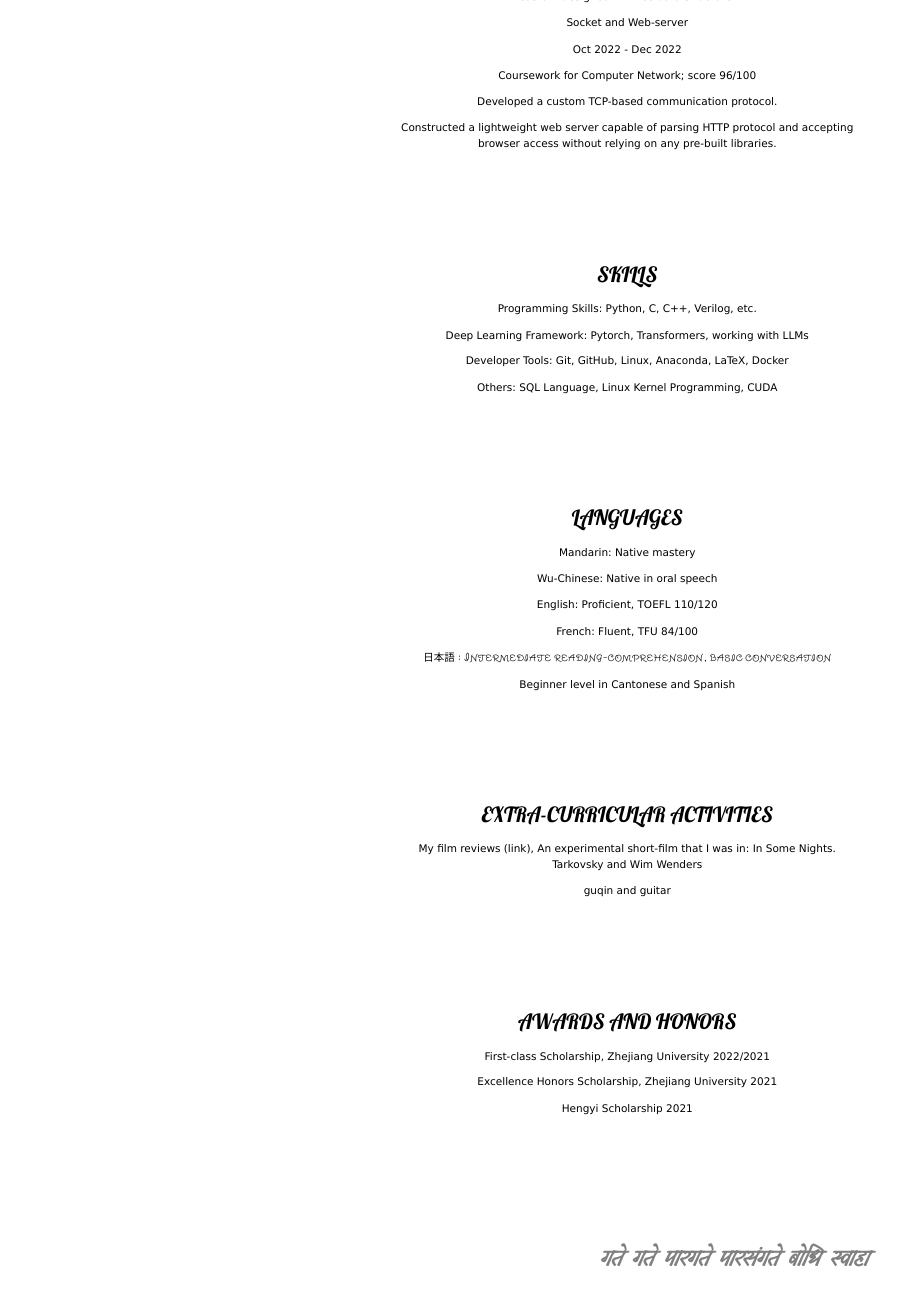
Repository: Ej-zhou/ej-zhou.github.io
Page: index.html
An editor plug-in stored every save of this project. The page is shown before and after a run of saves, followed by the edit.
The browser window is 1280 px wide. The page is 1304 px wide, so the pictures cover 1304 px, including what lies to the right of the window. The pictures show the part of the page from y = 4151 to 6031 px (the page is 6277 px tall), at 70% of full size.
Some web fonts or font styles are not loaded; a fallback is used.

Above is the page before, as saved 2023-08-12 15:24:50.

### index.html
<!DOCTYPE html>

<html>
<head>
<title>
     Zhou, Ej
    </title>
<meta charset="utf-8"/>
<meta content="width=device-width, initial-scale=1" name="viewport"/>
<link href="https://www.w3schools.com/w3css/4/w3.css" rel="stylesheet"/>
<link href="https://fonts.googleapis.com/css?family=Lobster" rel="stylesheet"/>
<link href="https://cdnjs.cloudflare.com/ajax/libs/font-awesome/4.7.0/css/font-awesome.min.css" rel="stylesheet"/>
<link href="https://fonts.googleapis.com/css2?family=Noto+Sans+SC&amp;display=swap" rel="stylesheet"/>
<style>
     /* body, h1, h2, h3, h4, h5, h6 {font-family: "Lobster", sans-serif} */
     h1, h2, h3, h4, h5, h6 {font-family: "Lobster", sans-serif}
     .w3-row-padding img {margin-bottom: 12px}
     /* .bgimg {
       background-position: center;
       background-repeat: no-repeat;
       background-size: cover;
       background-image: url('https://www.w3schools.com/w3images/profile_girl.jpg');
       min-height: 100%;
     } */
    @font-face {
      font-family: 'YanShiFoXiTi';
      src: url('fonts/YanShiFoXiTi/Slidefu-Regular-2.ttf'); /* Change the extension to match your file */
    }

    @font-face {
    font-family: 'Aakar Regular';
    src: url('fonts/Aakar Regular/Aakar Regular.ttf') format('truetype'); /* Update the path if needed */
    }

    @font-face {
        font-family: 'vesper_libre';
        src: url("fonts/Vesper_Libre/VesperLibre-Bold.ttf");
    }

    @font-face {
        font-family: 'kalam';
        src: url("fonts/Kalam/Kalam-Bold.ttf");
    }


    @font-face {
        font-family: 'Kurale';
        src: url("fonts/Kurale/Kurale-Regular.ttf");
    }

    @font-face {
        font-family: "Tillana";
        src: url("fonts/Tillana/Tillana-Regular.ttf");
    }


    @font-face {
        font-family: "hentaigana";
        src: url("fonts/Yuji_Hentaigana_Akebono/YujiHentaiganaAkebono-Regular.ttf");
    }

     .chinese {
      font-family: 'YanShiFoXiTi', sans-serif;
    }

    .japanese {
        font-family: 'hentaigana';
    }

    .sanskrit {
        font-family: 'Tillana';
        font-size: 33px; /* Set the font size to your desired value */
        font-style: italic;
        font-weight: bold; /* Make the text bold */
        text-align: right; /* Center align the text */
        display: block; /* Make the span a block element to occupy the full width */
        margin: 10px 0; /* Add some margin to separate it from other elements */
        color: gray; /*Set the color to your preference*/
    }
  /* Other CSS rules */

    /* Style for the sidebar container */
    .sidebar {
    width: 600px; /* Same as the desired image width */
    position: fixed; /* Fixed position */
    top: 0; /* Align with the top of the viewport */
    height: 100%; /* Full height */
    overflow: auto; /* Enable scrolling inside the sidebar */
    display: flex; /* Enable flexbox for centering */
    align-items: center; /* Center vertically */
    justify-content: center; /* Center horizontally */
    }

    /* Style for the image container */
    .image-container {
    width: 100%; /* Take up full width of the sidebar */
    text-align: left; /* Center the image horizontally */
    }



    .question-mark {
      cursor: pointer;
      font-weight: bold;
      color: gray; /* Change the color as needed */
      font-size: 40%; /* Adjust the font size to make it smaller */
      vertical-align: top; /* Display the question mark as a superscript */
    }

    .tooltip {
    display: none;
    position: absolute;
    background-color: #f9f9f9;
    padding: 5px;
    border: 1px solid #ccc;
    border-radius: 4px;
    box-shadow: 2px 2px 5px rgba(0, 0, 0, 0.1);
    font-size: 20%; /* Set to the desired font size */
    font-weight: normal; /* Set the font weight to normal */
    font-style: normal; /* Set the font style to normal */
    font-family: "Times New Roman", serif /* Set the desired font family */
    }


</style>
</head>
<!-- <body><div class="sidebar"><div class="image-container"><img alt="here should be a photo" height="400" src="pics/IMG_2185.JPG" width="600"/></div></div> -->
<body><div class="sidebar"><div class="image-container"><img alt="here should be a photo"  src="pics/photo.jpeg" width="550"/></div></div>
<!-- Sidebar with image -->
<!-- <nav class="w3-sidebar w3-hide-medium w3-hide-small" style="width:40%"> -->
<!-- <div class="bgimg"> -->
<!-- </div> -->
<!-- </nav> -->
<!-- Hidden Sidebar (reveals when clicked on menu icon)-->
<!-- <nav class="w3-sidebar w3-black w3-animate-right w3-xxlarge" id="mySidebar" style="display:none;padding-top:150px;right:0;z-index:2">
   <a class="w3-button w3-black w3-xxxlarge w3-display-topright" href="javascript:void(0)" onclick="closeNav()" style="padding:0 12px;">
    <i class="fa fa-remove">
    </i>
   </a>
   <div class="w3-bar-block w3-center">
    <a class="w3-bar-item w3-button w3-text-grey w3-hover-black" href="#" onclick="closeNav()">
     Home
    </a>
    <a class="w3-bar-item w3-button w3-text-grey w3-hover-black" href="#portfolio" onclick="closeNav()">
     Portfolio
    </a>
    <a class="w3-bar-item w3-button w3-text-grey w3-hover-black" href="#about" onclick="closeNav()">
     About
    </a>
    <a class="w3-bar-item w3-button w3-text-grey w3-hover-black" href="#contact" onclick="closeNav()">
     Contact
    </a>
   </div>
  </nav> -->

<!-- Page Content -->
<div class="w3-main w3-padding-large" style="margin-left:40%">
<!-- Menu icon to open sidebar -->
<span class="w3-button w3-top w3-white w3-xxlarge w3-text-grey w3-hover-text-black" onclick="openNav()" style="width:auto;right:0;">
<i class="fa fa-bars">
</i>
</span>
<!-- Header -->
<header class="w3-container w3-center" id="home" style="padding:128px 16px">

<h1 class="w3-jumbo">
    <b> <span class="chinese">周逸杰</span>           </b>
</h1>



<h1 class="w3-jumbo">
<b>
        ZHOU, EJ
      </b>
      <span class="question-mark">?</span>
      <span class="tooltip">
        My given name is <i>Yijie</i>, and my family name <i>Zhou</i>. <i>Ej</i> is my preferred name, and <b>we</b> put our family name in the front.
      </span>




</h1>
<p>
     Where shall I begin...
    </p>
<!-- <img class="w3-image w3-hide-large w3-hide-small w3-round" src="https://www.w3schools.com/w3images/profile_girl.jpg" style="display:block;width:60%;margin:auto;"/> -->
<!-- <img class="w3-image w3-hide-large w3-hide-medium w3-round" height="1333" src="https://www.w3schools.com/w3images/profile_girl.jpg" width="1000">
<button class="w3-button w3-light-grey w3-padding-large w3-margin-top">
<i class="fa fa-download">
</i>
      CV
    </button>
</img></header> -->
<!-- Portfolio Section -->
<!-- <div class="w3-padding-32 w3-content" id="portfolio">
    <h2 class="w3-text-grey">
     My Portfolio
    </h2>
    <hr class="w3-opacity"/> -->
<!-- Grid for photos -->
<!-- <div class="w3-row-padding" style="margin:0 -16px"> -->
<!-- <div class="w3-half">
      <img src="https://www.w3schools.com/w3images/wedding.jpg" style="width:100%"/>
      <img src="https://www.w3schools.com/w3images/rocks.jpg" style="width:100%"/>
      <img src="https://www.w3schools.com/w3images/sailboat.jpg" style="width:100%"/>
     </div>
     <div class="w3-half">
      <img src="https://www.w3schools.com/w3images/underwater.jpg" style="width:100%"/>
      <img src="https://www.w3schools.com/w3images/chef.jpg" style="width:100%"/>
      <img src="https://www.w3schools.com/w3images/wedding.jpg" style="width:100%"/>
      <img src="https://www.w3schools.com/w3images/p6.jpg" style="width:100%"/>
     </div> -->
<!-- End photo grid -->
<!-- </div> -->
<!-- End Portfolio Section -->
<!-- </div> -->
<!-- About Section -->
<div class="w3-content w3-justify w3-text-grey w3-padding-32" id="about">
<h2>
     About
    </h2>
<hr class="w3-opacity"/>
<p>
    I am an undergraduate student in Zhejiang Unviersity. I am interested in NLP and AI. I am currently working on a project about building a corpus for cross-lingual summarization. I am also interested in the intersection of NLP and other fields, such as psychology and philosophy. I am also interested in the application of NLP in the field of education. I am currently working on a project about building a corpus for cross-lingual summarization. I am also interested in the intersection of NLP and other fields, such as psychology and philosophy. I am also interested in the application of NLP in the field of education. I am currently working on a project about building a corpus for cross-lingual summarization. I am also interested in the intersection of NLP and other fields, such as psychology and philosophy. I am also interested in the application of NLP in the field of education.
    </p>
<h3 class="w3-padding-16">
<!-- My Skills
    </h3>
    <p class="w3-wide">
     Photography
    </p>
    <div class="w3-light-grey">
     <div class="w3-container w3-center w3-padding-small w3-dark-grey" style="width:95%">
      95%
     </div>
    </div>
    <p class="w3-wide">
     Web Design
    </p>
    <div class="w3-light-grey">
     <div class="w3-container w3-center w3-padding-small w3-dark-grey" style="width:85%">
      85%
     </div>
    </div>
    <p class="w3-wide">
     Photoshop
    </p>
    <div class="w3-light-grey">
     <div class="w3-container w3-center w3-padding-small w3-dark-grey" style="width:80%">
      80%
     </div>
    </div>
    <br/>
    <div class="w3-row w3-center w3-dark-grey w3-padding-16 w3-section">
     <div class="w3-quarter w3-section">
      <span class="w3-xlarge">
       14+
      </span> -->
<!-- <br/>
      Partners
     </div>
     <div class="w3-quarter w3-section">
      <span class="w3-xlarge">
       55+
      </span>
      <br/>
      Projects Done
     </div>
     <div class="w3-quarter w3-section">
      <span class="w3-xlarge">
       89+
      </span>
      <br/>
      Happy Clients
     </div>
     <div class="w3-quarter w3-section">
      <span class="w3-xlarge">
       150+
      </span>
      <br/>
      Meetings
     </div>
    </div>
    <button class="w3-button w3-light-grey w3-padding-large w3-section">
     <i class="fa fa-download">
     </i>
     Download Resume -->
<!-- </button> -->
<!-- Testimonials -->
<!-- <h3 class="w3-padding-24">
     My Reputation
    </h3>
    <img alt="Avatar" class="w3-left w3-circle w3-margin-right" src="https://www.w3schools.com/w3images/avatar_smoke.jpg" style="width:80px"/>
    <p>
     <span class="w3-large w3-text-black w3-margin-right">
      Chandler Bing.
     </span>
     Web Designer.
    </p>
    <p>
     Jane Doe is just awesome. I am so happy to have met her!
    </p>
    <br/>
    <img alt="Avatar" class="w3-left w3-circle w3-margin-right" src="https://www.w3schools.com/w3images/bandmember.jpg" style="width:80px"/>
    <p>
     <span class="w3-large w3-text-black w3-margin-right">
      Chris Fox.
     </span>
     CEO at Mighty Schools.
    </p>
    <p>
     Jane Doe saved us from a web disaster.
    </p>
    <br/>
    <img alt="Avatar" class="w3-left w3-circle w3-margin-right" src="https://www.w3schools.com/w3images/avatar_g2.jpg" style="width:80px"/>
    <p>
     <span class="w3-large w3-text-black w3-margin-right">
      Rebecca Flex.
     </span>
     CEO at Company.
    </p>
    <p>
     No one is better than Jane Doe.
    </p>
    <br/> -->
<!-- Grid for pricing tables -->
<!-- End About Section -->
<!-- </div> -->
<!--
  <script>
   // Open and close sidebar
function openNav() {
  document.getElementById("mySidebar").style.width = "60%";
  document.getElementById("mySidebar").style.display = "block";
}

function closeNav() {
  document.getElementById("mySidebar").style.display = "none";
}
  </script>
  <div class="w3-container w3-padding-64 w3-center"> -->

<br><br><br><br>
<!-- <h1 class="w3-jumbo">
    <b> <span class="chinese">若以色见我，以音声求我，是人行邪道，不能见如来。</span>           </b>
</h1> -->

<!-- <h1 class="w3-jumbo">
    <b> <span class="chinese">凡所有相，皆是虚妄。<br> 若见诸相非相，即见如来。</span>           </b>
</h1> -->

<h1 class="w3-jumbo">
    <b> <span class="chinese">远离颠倒梦想，究竟涅槃。</span>           </b>
</h1>

<!--
<h1 class="w3-jumbo">
    <b> <span class="chinese">无苦、集、灭、道，无智亦无得</span>           </b>
</h1>  -->


<p>
</p>
</h3></div>
<div class="w3-container w3-padding-64 w3-center">
<h2>
    EDUCATION BACKGROUND
   </h2>
   <hr class="w3-opacity"/>
<p>
    College of Computer Science and Technology Hangzhou, China &amp; CKC Honors College, Zhejiang University
   </p>
<p>
    Sept 2020 - Jun 2024(Expected)
   </p>
<p>
    Bachelor of Science in Computer Science
   </p>
<p>
    Overall GPA: 3.99/4.0; 91.19/100 Major GPA: 4.0/4.0
   </p>
<p>
    GRE: 330 + AW4.0
   </p>
<p>
    WestLake NLP Lab, Westlake University Hangzhou, China
   </p>
<p>
    Research Internship &amp; Visiting Student Sept 2022 - Jan 2023
   </p>
<p>
    College of Engineering, Cornell University Ithaca, NY
   </p>
<p>
    Exchange Student Jan 2023 - May 2023
   </p>
s   <p>
    Courses include: Computational Linguistics, Language and Information, Historical Linguistics
   </p>
</div>



<div class="w3-container w3-padding-64 w3-center">
<h2>
    EXPERIENCE
   </h2>
<p>
    Hangzhou City Brain
   </p>
<p>
    Sept 2022 - Aug 2022
   </p>
<p>
    Internship Hangzhou, China
   </p>
<p>
    Assisted in the maintenance of the Integrated Resources System working on database systems.
   </p>
<p>
    Westlake University
   </p>
<p>
    Sept 2022 - Feb 2023
   </p>
<p>
    Project: Building ConvSumX, an XLS corpus
   </p>
<p>
    Hangzhou, China
   </p>
<p>
    Research Intern in WestLake NLP Lab Advisor: Yue Zhang
   </p>
<p>
    Spearheaded the Corpus-Annotation and Corpus-Evaluation team in the creation of the corpus.
   </p>
<p>
    Conducted experiments by fine-tuning mBART model using various corpora on NVIDIA A100 GPUs.
   </p>
<p>
    Delivered comprehensive analysis of both existing XLS corpora and experimental outcomes
   </p>
<p>
    Paper Writing
   </p>
<p>
    Cornell University
   </p>
<p>
    Feb 2023 - Apr 2023
   </p>
<p>
    Project: Persuasive Chatbot
   </p>
<p>
    Ithaca, NY
   </p>
<p>
    Developed an automated chatbot capable of detecting factual inaccuracies during conversations, and providing accurate information supported by evidence
   </p>
</div>



<div class="w3-container w3-padding-64 w3-center">
<h2>
    PUBLICATION
   </h2>
<p>
    [1] Yulong Chen, Huajian Zhang, Yijie Zhou, Xuefeng Bai, Yueguan Wang, Ming Zhong, Jianhao Yan, Yafu Li, Judy Li, Michael Zhu and Yue Zhang:
   </p>
<p>
    Revisiting Cross-Lingual Summarization: A Corpus-based Study and A New Benchmark with Improvement Annotation, submitted to ACL 2023
   </p>
</div>
<div class="w3-container w3-padding-64 w3-center">
<h2>
    AWARDS AND COMPETITIONS
   </h2>
<p>
    Zhejiang Lab Cup Global AI Competition, Third Prize
   </p>
<p>
    Oct 2021
   </p>
<p>
    Hangzhou, China
   </p>
<p>
    Zhejiang University Programming Contest, Third Prize
   </p>
<p>
    Oct 2021
   </p>
<p>
    Hangzhou, China
   </p>
</div>
<div class="w3-container w3-padding-64 w3-center">
<h2>
    SELECTED COURSE-WORKS
   </h2>
<p>
    Parallel Computing and Neural Networks
   </p>
<p>
    Jul 2021 - Aug 2021
   </p>
<p>
    Coursework for Integrate Practice for Courses I: Supercomputing; score 97/100
   </p>
<p>
    Enhanced GEMM performance by over 100x using OpenMP and MPI on a computing cluster.
   </p>
<p>
    Developed a CNN from scratch using PyTorch for handwriting recognition and object recognition.
   </p>
<p>
    Mini-SQL GitHub
   </p>
<p>
    May 2022 - Jun 2022
   </p>
<p>
    Coursework for Database System; score 98/100
   </p>
<p>
    Developed a compact single-user SQL engine (DBMS) supporting fundamental database operations and implemented an index-manager for record handling using a custom-designed B+-tree data structure.
   </p>
<p>
    Socket and Web-server
   </p>
<p>
    Oct 2022 - Dec 2022
   </p>
<p>
    Coursework for Computer Network; score 96/100
   </p>
<p>
    Developed a custom TCP-based communication protocol.
   </p>
<p>
    Constructed a lightweight web server capable of parsing HTTP protocol and accepting browser access without relying on any pre-built libraries.
   </p>
</div>
<div class="w3-container w3-padding-64 w3-center">
<h2>
    SKILLS
   </h2>
<p>
    Programming Skills: Python, C, C++, Verilog, etc.
   </p>
<p>
    Deep Learning Framework: Pytorch, Transformers, working with LLMs
   </p>
<p>
    Developer Tools: Git, GitHub, Linux, Anaconda, LaTeX, Docker
   </p>
<p>
    Others: SQL Language, Linux Kernel Programming, CUDA
   </p>
</div>
<div class="w3-container w3-padding-64 w3-center">
<h2>
    LANGUAGES
   </h2>
<p>
    Mandarin: Native mastery
   </p>
<p>
    Wu-Chinese: Native in oral speech
   </p>
<p>
    English: Proficient, TOEFL 110/120
   </p>
<p>
    French: Fluent, TFU 84/100
   </p>
<p>
    <span class="japanese"> 日本語 </japanese>: Intermediate reading-comprehension, basic conversation
   </p>
<p>
    Beginner level in Cantonese and Spanish
   </p>
</div>
<div class="w3-container w3-padding-64 w3-center">
<h2>
    EXTRA-CURRICULAR ACTIVITIES
   </h2>
<p>
    My film reviews (link), An experimental short-film that I was in: In Some Nights. Tarkovsky and Wim Wenders
   </p>
<p>
    guqin and guitar
   </p>
</div>
<div class="w3-container w3-padding-64 w3-center">
<h2>
    AWARDS AND HONORS
   </h2>
<p>
    First-class Scholarship, Zhejiang University 2022/2021
   </p>
<p>
    Excellence Honors Scholarship, Zhejiang University 2021
   </p>
<p>
    Hengyi Scholarship 2021
   </p>
</div>

<!-- Contact Section -->


<!-- <div class="w3-padding-32 w3-content w3-text-grey" id="contact" style="margin-bottom:64px">
<h2>
       Contact Me
      </h2>
<hr class="w3-opacity"/>
<div class="w3-section">
<p>
<i class="fa fa-map-marker fa-fw w3-xxlarge w3-margin-right">
</i>
        New Haven, CT
       </p>
<p>
<i class="fa fa-phone fa-fw w3-xxlarge w3-margin-right">
</i>
        Phone: +1 (607) 327-2411 / +86 188-0671-8188
       </p>
<p>
<i class="fa fa-envelope fa-fw w3-xxlarge w3-margin-right">
</i>
        Email: e.j.zhou@zju.edu.cn / yz2876@cornell.edu
       </p> -->
<br><br><br><br>
<b> <span class="sanskrit">गते गते पारगते पारसंगते बोधि स्वाहा</span>           </b>


</div>
<!-- Image of location/map -->
<!-- <img class="w3-image w3-greyscale" src="https://www.w3schools.com/w3images/map.jpg" style="width:100%;margin:32px 0"/> -->
<!-- <p>
       Lets get in touch. Send me a message:
      </p> -->
<!-- <form action="/action_page.php" target="_blank"> -->
<!-- <p>
<input class="w3-input w3-padding-16 w3-border" name="Name" placeholder="Name" required="" type="text"/>
</p>
<p>
<input class="w3-input w3-padding-16 w3-border" name="Email" placeholder="Email" required="" type="text"/>
</p>
<p>
<input class="w3-input w3-padding-16 w3-border" name="Subject" placeholder="Subject" required="" type="text"/>
</p>
<p>
<input class="w3-input w3-padding-16 w3-border" name="Message" placeholder="Message" required="" type="text"/>
</p>
<p>
<button class="w3-button w3-light-grey w3-padding-large" type="submit">
<i class="fa fa-paper-plane">
</i>
         SEND MESSAGE
        </button>
</p> -->
<!-- </form> -->
<!-- End Contact Section -->


</div>



<!-- Footer. This section contains an ad for W3Schools Spaces. You can leave it to support us. -->

<footer class="w3-container w3-padding-64 w3-light-grey w3-center w3-opacity w3-xlarge" style="margin:-24px">
    <!-- <a href="https://www.facebook.com/yourusername" target="_blank"><i class="fa fa-facebook-official w3-hover-opacity"></i></a> -->
    <!-- <a href="https://www.instagram.com/yourusername" target="_blank"><i class="fa fa-instagram w3-hover-opacity"></i></a> -->
    <!-- <a href="https://www.snapchat.com/yourusername" target="_blank"><i class="fa fa-snapchat w3-hover-opacity"></i></a> -->
    <!-- <a href="https://www.pinterest.com/yourusername" target="_blank"><i class="fa fa-pinterest-p w3-hover-opacity"></i></a> -->
    <a href="https://twitter.com/ej_2876" target="_blank"><i class="fa fa-twitter w3-hover-opacity"></i></a>
    <a href="https://github.com/cyber-e-j" target="_blank"><i class="fa fa-github w3-hover-opacity"></i></a> <!-- GitHub Link -->
    <a href="https://www.linkedin.com/in/ej-zhou-1600a7264/" target="_blank"><i class="fa fa-linkedin w3-hover-opacity"></i></a>
    <!-- <a href="https://scholar.google.com/citations?authuser=1&user=e8yGb7IAAAAJ" target="_blank"><i class="fa-brands fa-google"></i></a> Google Scholar Link -->
    <a href="https://scholar.google.com/citations?authuser=1&user=e8yGb7IAAAAJ" target="_blank"><img width="24" height="24" src="https://img.icons8.com/material-two-tone/384/google-scholar.png" alt="google-scholar" class="w3-hover-opacity" /></a> <!-- Google Scholar Link -->

    <!-- Additional content -->
    <p class="w3-small">
      <!-- This website was made with W3schools Spaces. Make your own free website today! -->
    </p>
    <!-- <a class="w3-button w3-round-xxlarge w3-small w3-dark-grey" href="https://www.w3schools.com/spaces" target="_blank">
       Start now
      </a> -->
    <!-- End footer -->
  </footer>

</div>



<script>
    const questionMark = document.querySelector('.question-mark');
    const tooltip = document.querySelector('.tooltip');

    questionMark.addEventListener('mouseover', () => {
      tooltip.style.display = 'inline-block';
    });

    questionMark.addEventListener('mouseout', () => {
      tooltip.style.display = 'none';
    });

    // Optional: If you want to hide the tooltip when the mouse moves away from it, add the following code
    tooltip.addEventListener('mouseout', () => {
      tooltip.style.display = 'none';
    });
  </script>


</body>

  <!-- END PAGE CONTENT -->
  </html>

After the next 3 saves:
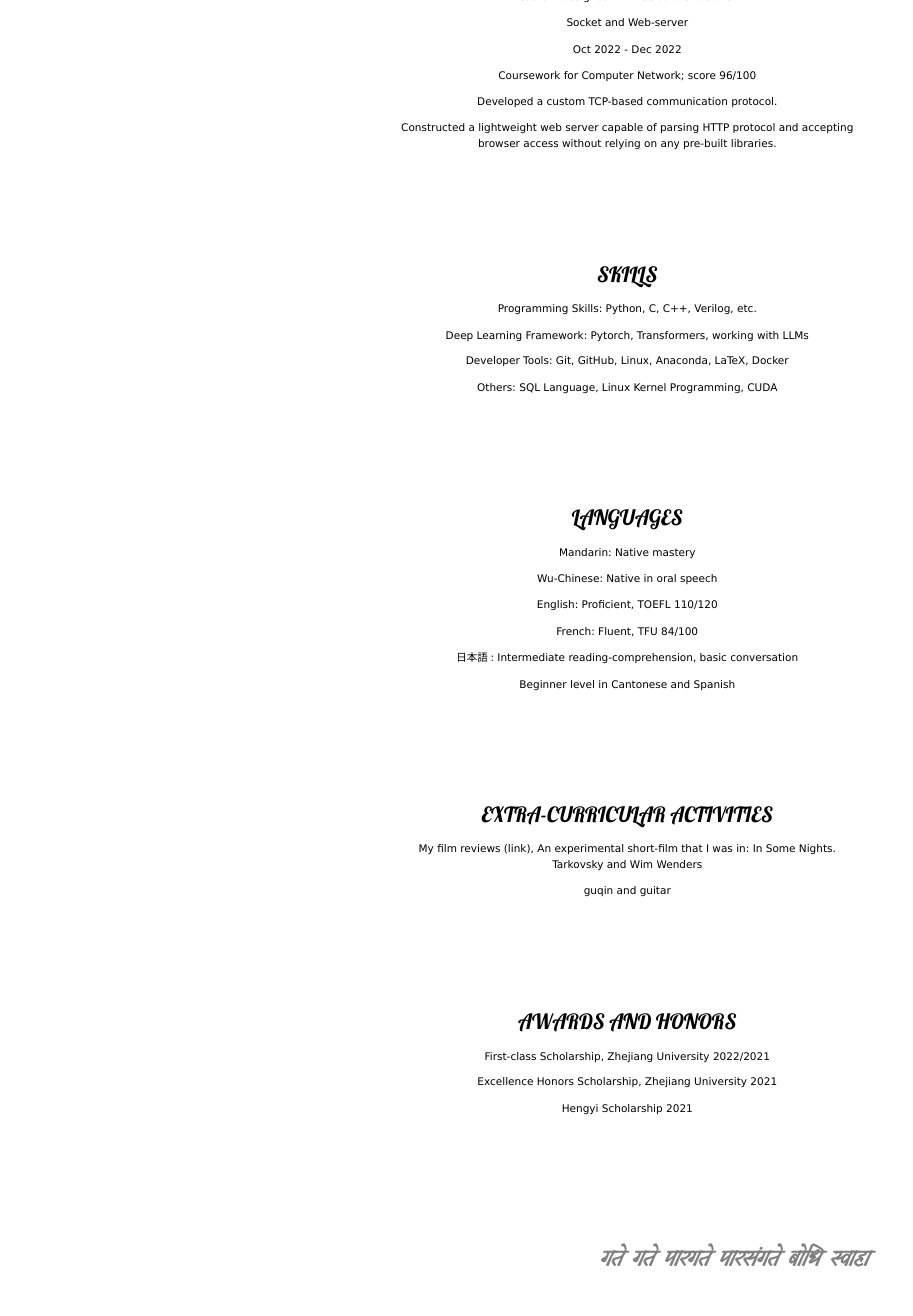
The 3 saves are shown as one change because they came seconds apart.
The last was saved 7 s later.
--- a/index.html
+++ b/index.html
@@ -580,7 +580,7 @@
     French: Fluent, TFU 84/100
    </p>
 <p>
-    <span class="japanese"> 日本語 </japanese>: Intermediate reading-comprehension, basic conversation
+    <span class="japanese"> 日本語 </span>: Intermediate reading-comprehension, basic conversation
    </p>
 <p>
     Beginner level in Cantonese and Spanish
